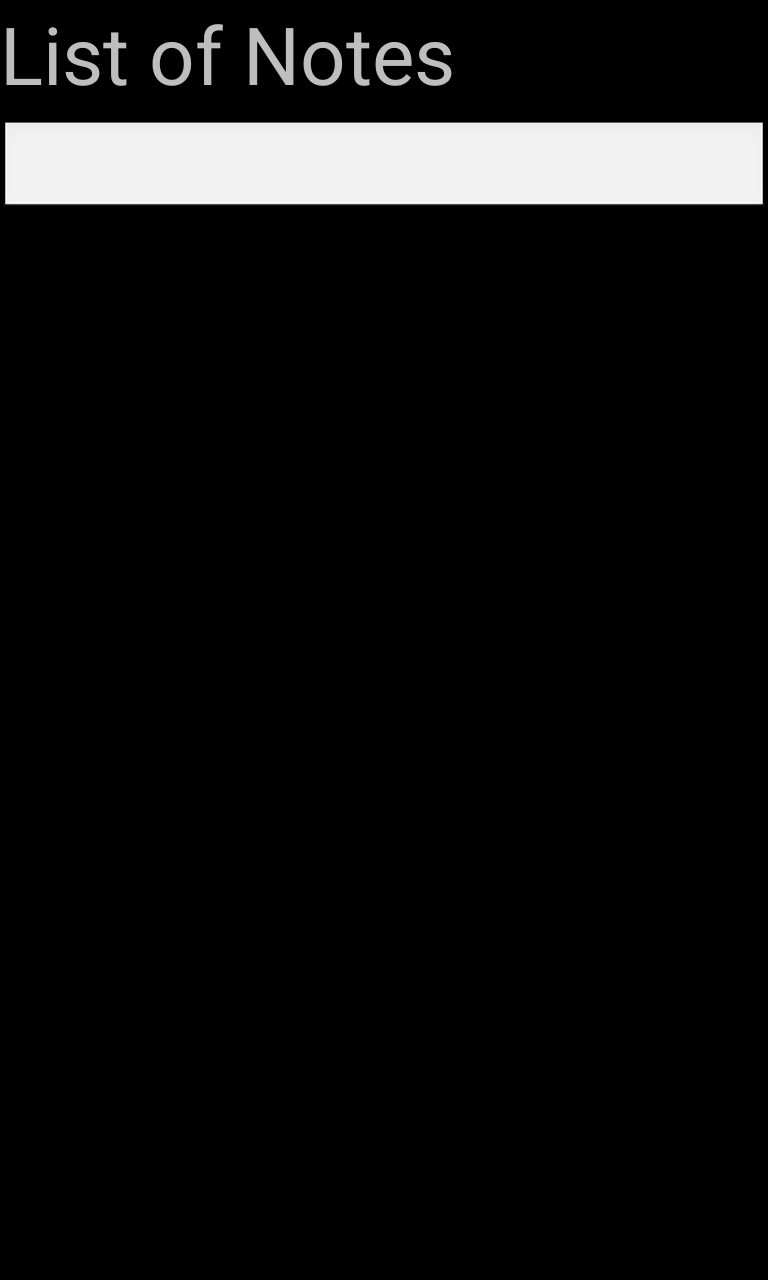
Repository: sandrapatfer/PROMPT11-10-CloudComputing.sandrapatfer
Layout: src/FinalWork/AndroidCloudNotes/AndroidCloudNotes/res/layout/tasklist_item_view.xml
The author's editor kept a copy of each file at every save. The layout is drawn from the files as they stood at one save, then again after the next save.
It is drawn on a 768 x 1280 px phone screen (xhdpi) without system bars, with theme android:Theme; the app's code is not run.

Above is the layout before, as saved 2012-06-03 20:19:09.

After the next save:
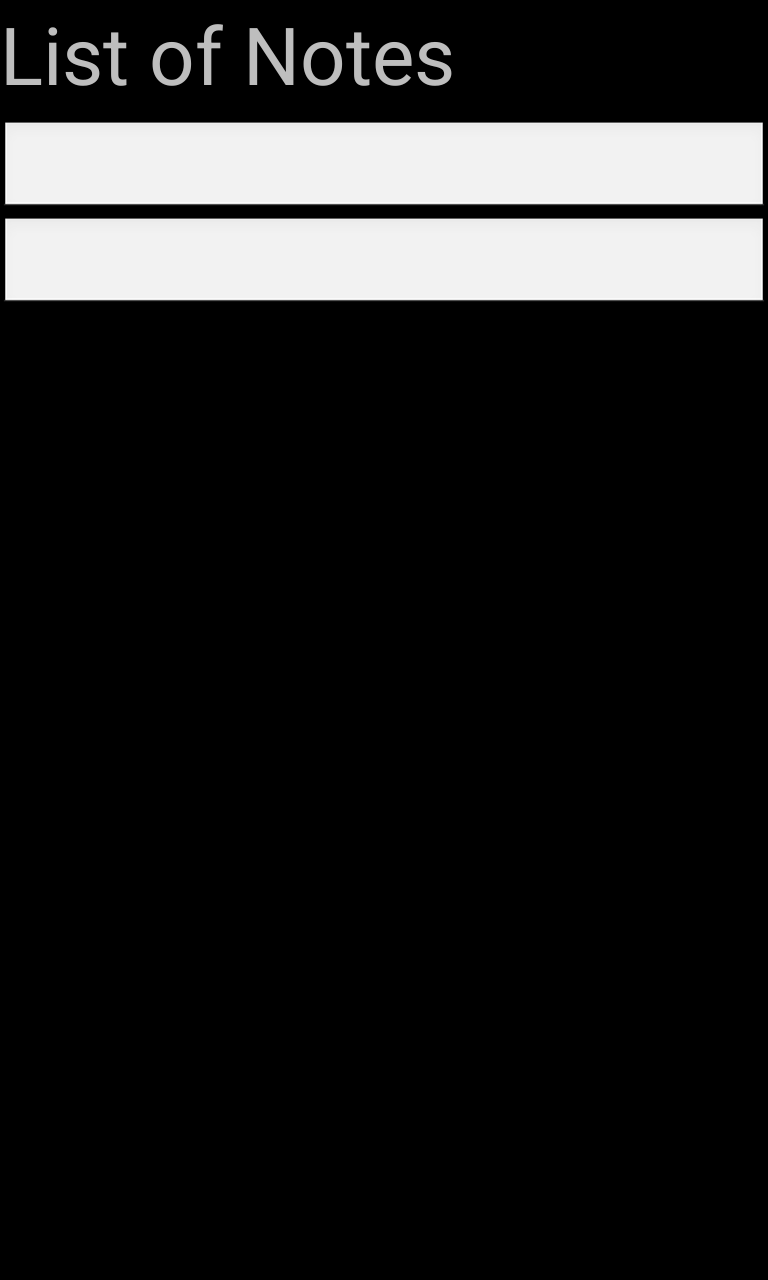
Saved 22 s later.
--- a/src/FinalWork/AndroidCloudNotes/AndroidCloudNotes/res/layout/tasklist_item_view.xml
+++ b/src/FinalWork/AndroidCloudNotes/AndroidCloudNotes/res/layout/tasklist_item_view.xml
@@ -20,6 +20,7 @@
         <EditText
             android:id="@+id/editText1"
             android:layout_width="match_parent"
+            android:layout_height="wrap_content"
          />
 
         <TextView
